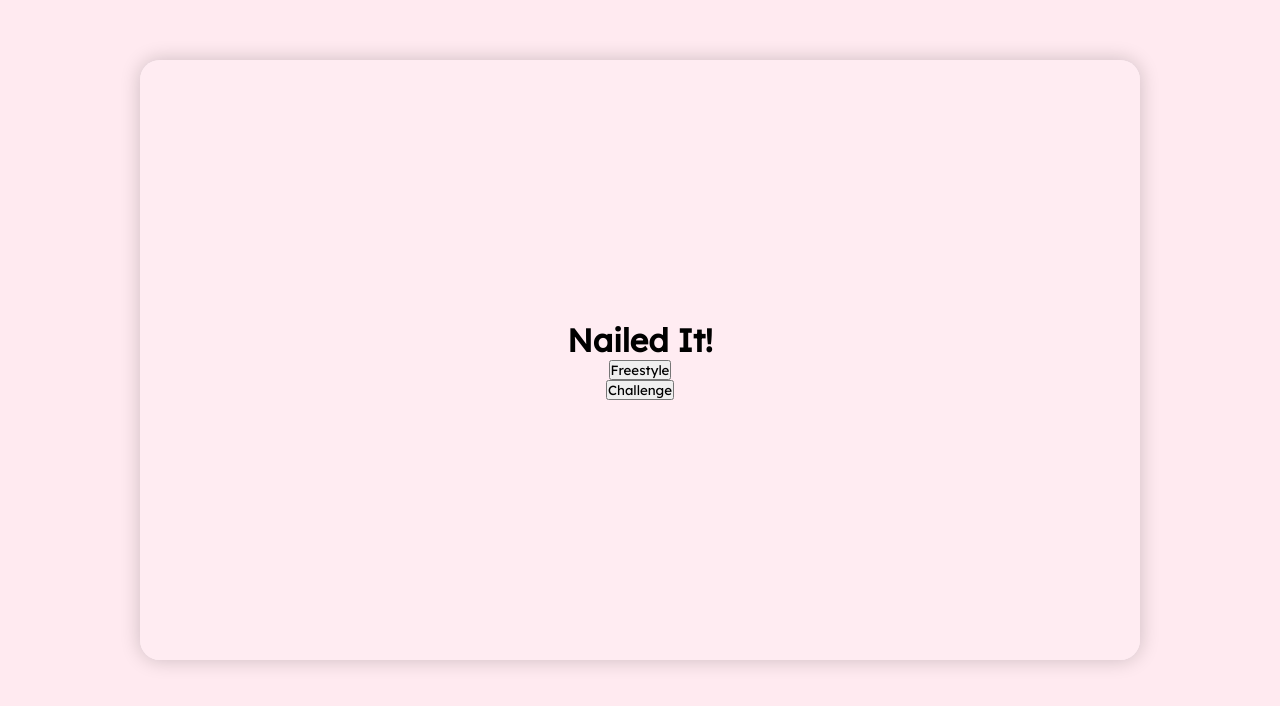
Repository: primcharlin/nailedit
Page: index.html
These files come from the project's save history. The page is drawn as it stood at one moment and after the next save; the edit follows.
The browser window is 1280 px wide. The pictures show the whole page.

Above is the page before, as saved 2025-04-24 21:05:06.

After the next save:
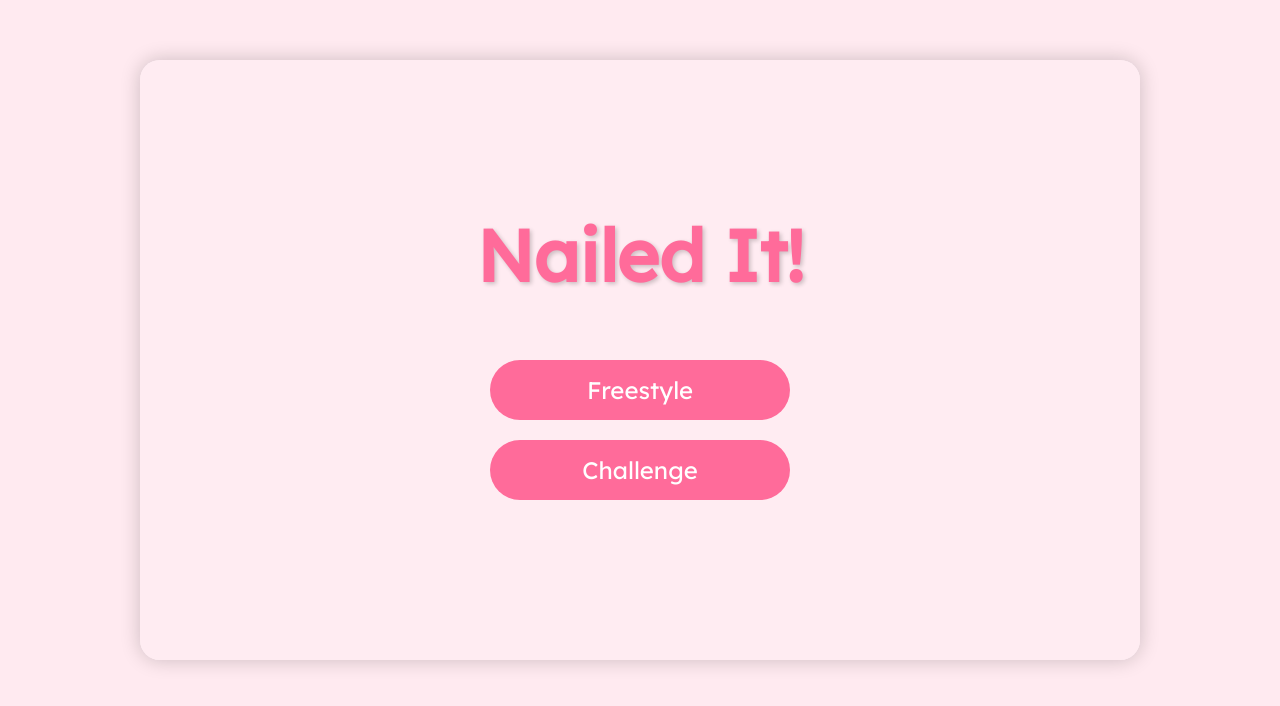
Saved 3 min 35 s later.
--- a/styles.css
+++ b/styles.css
@@ -42,14 +42,14 @@ h1 {
     z-index: 100;
 }
 
-.game-title {
+#main-menu h1 {
     font-size: 72px;
     color: #ff6b9a;
     margin-bottom: 50px;
     text-shadow: 2px 2px 4px rgba(0, 0, 0, 0.2);
 }
 
-.mode-button {
+#main-menu button {
     background-color: #ff6b9a;
     color: white;
     border: none;
@@ -62,9 +62,29 @@ h1 {
     width: 300px;
 }
 
-.mode-button:hover {
+#main-menu button:hover {
     background-color: #ff4d85;
     transform: scale(1.05);
+}
+
+/* Character Selection */
+#character-selection {
+    position: absolute;
+    width: 100%;
+    height: 100%;
+    display: flex;
+    flex-direction: column;
+    justify-content: center;
+    align-items: center;
+    background-color: rgba(255, 234, 240, 0.8);
+    z-index: 100;
+}
+
+#character-selection h1 {
+    font-size: 48px;
+    color: #ff6b9a;
+    margin-bottom: 30px;
+    text-shadow: 2px 2px 4px rgba(0, 0, 0, 0.2);
 }
 
 /* Game Area */
